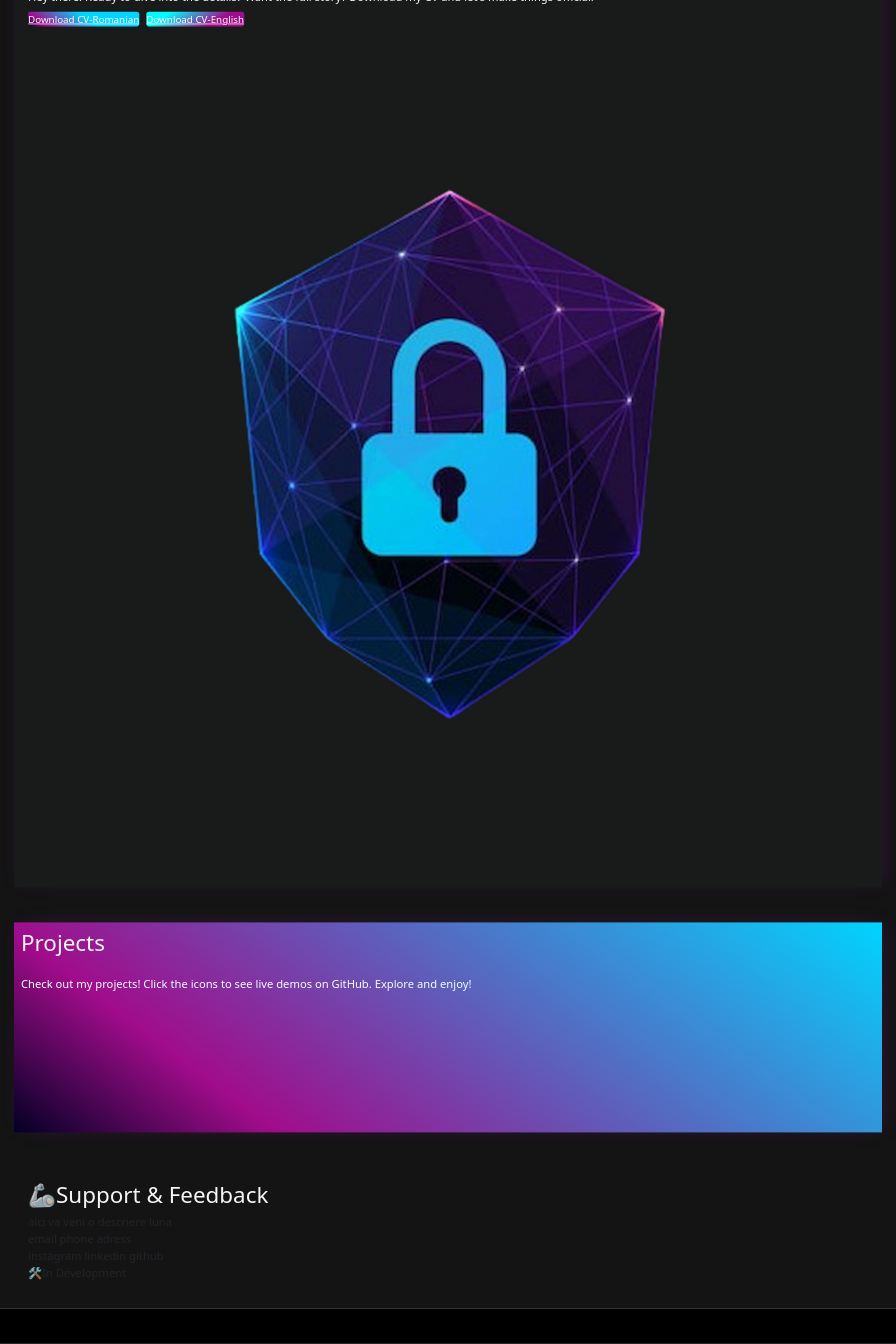
Repository: Sebastiand22/portfolio
Page: index.html
An editor plug-in stored every save of this project. The page is shown before and after the next save, followed by the edit.
The browser window is 1280 px wide. The pictures show the part of the page from y = 1904 to 3824 px (the page is 3824 px tall before and 3784 px after), at 70% of full size.

Above is the page before, as saved 2024-09-15 17:36:52.

After the next save:
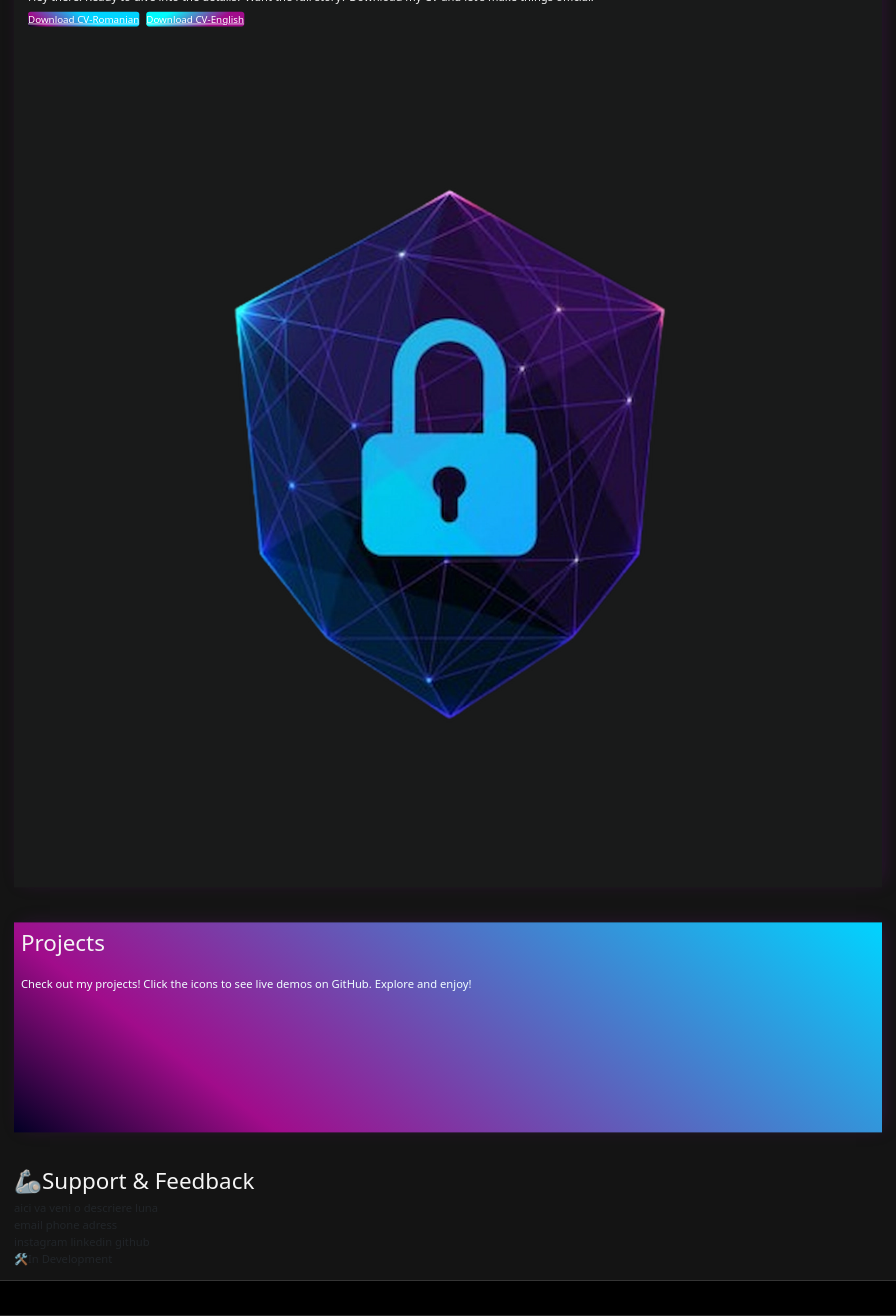
Saved 27 s later.
--- a/index.css
+++ b/index.css
@@ -341,17 +341,6 @@ h2 {
 
 /* CONTACT SECTION */
 
-.footer-container {
-  display: flex;
-  justify-content: flex-start;
-  background-color: rgb(225, 22, 22)
-  height: auto;
-  overflow: hidden;
-  padding: 20px;
-  flex-direction: column;
-}
-
-
 .black-footer{background-color: black;
 width: 100%;
 height:50px;}
